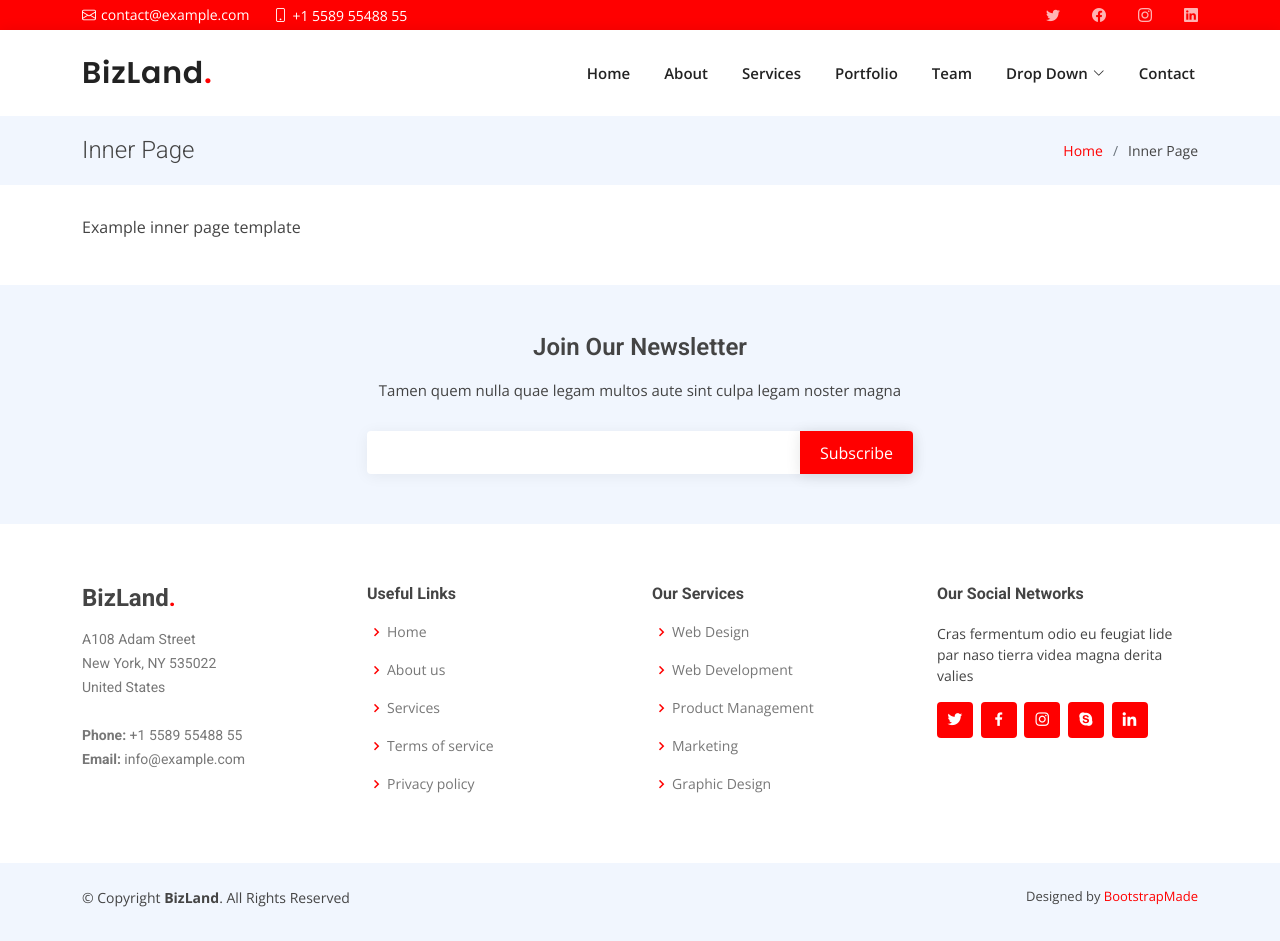
Repository: 01nethy/WebMotors
Page: inner-page.html
An editor plug-in stored every save of this project. The page is shown before and after the next save, followed by the edit.
The browser window is 1280 px wide. The pictures show the whole page.

Above is the page before, as saved 2023-10-07 20:15:27.

### inner-page.html
<!DOCTYPE html>
<html lang="en">

<head>
  <meta charset="utf-8">
  <meta content="width=device-width, initial-scale=1.0" name="viewport">

  <title>Inner Page - BizLand Bootstrap Template</title>
  <meta content="" name="description">
  <meta content="" name="keywords">

  <!-- Favicons -->
  <link href="assets/img/favicon.png" rel="icon">
  <link href="assets/img/apple-touch-icon.png" rel="apple-touch-icon">

  <!-- Google Fonts -->
  <link href="https://fonts.googleapis.com/css?family=Open+Sans:300,300i,400,400i,600,600i,700,700i|Roboto:300,300i,400,400i,500,500i,600,600i,700,700i|Poppins:300,300i,400,400i,500,500i,600,600i,700,700i" rel="stylesheet">

  <!-- Vendor CSS Files -->
  <link href="assets/vendor/aos/aos.css" rel="stylesheet">
  <link href="assets/vendor/bootstrap/css/bootstrap.min.css" rel="stylesheet">
  <link href="assets/vendor/bootstrap-icons/bootstrap-icons.css" rel="stylesheet">
  <link href="assets/vendor/boxicons/css/boxicons.min.css" rel="stylesheet">
  <link href="assets/vendor/glightbox/css/glightbox.min.css" rel="stylesheet">
  <link href="assets/vendor/swiper/swiper-bundle.min.css" rel="stylesheet">

  <!-- Template Main CSS File -->
  <link href="assets/css/style.css" rel="stylesheet">

  <!-- =======================================================
  * Template Name: BizLand
  * Updated: Jul 27 2023 with Bootstrap v5.3.1
  * Template URL: https://bootstrapmade.com/bizland-bootstrap-business-template/
  * Author: BootstrapMade.com
  * License: https://bootstrapmade.com/license/
  ======================================================== -->
</head>

<body>

  <!-- ======= Top Bar ======= -->
  <section id="topbar" class="d-flex align-items-center">
    <div class="container d-flex justify-content-center justify-content-md-between">
      <div class="contact-info d-flex align-items-center">
        <i class="bi bi-envelope d-flex align-items-center"><a href="mailto:contact@example.com">contact@example.com</a></i>
        <i class="bi bi-phone d-flex align-items-center ms-4"><span>+1 5589 55488 55</span></i>
      </div>
      <div class="social-links d-none d-md-flex align-items-center">
        <a href="#" class="twitter"><i class="bi bi-twitter"></i></a>
        <a href="#" class="facebook"><i class="bi bi-facebook"></i></a>
        <a href="#" class="instagram"><i class="bi bi-instagram"></i></a>
        <a href="#" class="linkedin"><i class="bi bi-linkedin"></i></i></a>
      </div>
    </div>
  </section>

  <!-- ======= Header ======= -->
  <header id="header" class="d-flex align-items-center">
    <div class="container d-flex align-items-center justify-content-between">

      <h1 class="logo"><a href="index.html">BizLand<span>.</span></a></h1>
      <!-- Uncomment below if you prefer to use an image logo -->
      <!-- <a href="index.html" class="logo"><img src="assets/img/logo.png" alt=""></a>-->

      <nav id="navbar" class="navbar">
        <ul>
          <li><a class="nav-link scrollto " href="#hero">Home</a></li>
          <li><a class="nav-link scrollto" href="#about">About</a></li>
          <li><a class="nav-link scrollto" href="#services">Services</a></li>
          <li><a class="nav-link scrollto " href="#portfolio">Portfolio</a></li>
          <li><a class="nav-link scrollto" href="#team">Team</a></li>
          <li class="dropdown"><a href="#"><span>Drop Down</span> <i class="bi bi-chevron-down"></i></a>
            <ul>
              <li><a href="#">Drop Down 1</a></li>
              <li class="dropdown"><a href="#"><span>Deep Drop Down</span> <i class="bi bi-chevron-right"></i></a>
                <ul>
                  <li><a href="#">Deep Drop Down 1</a></li>
                  <li><a href="#">Deep Drop Down 2</a></li>
                  <li><a href="#">Deep Drop Down 3</a></li>
                  <li><a href="#">Deep Drop Down 4</a></li>
                  <li><a href="#">Deep Drop Down 5</a></li>
                </ul>
              </li>
              <li><a href="#">Drop Down 2</a></li>
              <li><a href="#">Drop Down 3</a></li>
              <li><a href="#">Drop Down 4</a></li>
            </ul>
          </li>
          <li><a class="nav-link scrollto" href="#contact">Contact</a></li>
        </ul>
        <i class="bi bi-list mobile-nav-toggle"></i>
      </nav><!-- .navbar -->

    </div>
  </header><!-- End Header -->

  <main id="main" data-aos="fade-up">

    <!-- ======= Breadcrumbs ======= -->
    <section class="breadcrumbs">
      <div class="container">

        <div class="d-flex justify-content-between align-items-center">
          <h2>Inner Page</h2>
          <ol>
            <li><a href="index.html">Home</a></li>
            <li>Inner Page</li>
          </ol>
        </div>

      </div>
    </section><!-- End Breadcrumbs -->

    <section class="inner-page">
      <div class="container">
        <p>
          Example inner page template
        </p>
      </div>
    </section>

  </main><!-- End #main -->

  <!-- ======= Footer ======= -->
  <footer id="footer">

    <div class="footer-newsletter">
      <div class="container">
        <div class="row justify-content-center">
          <div class="col-lg-6">
            <h4>Join Our Newsletter</h4>
            <p>Tamen quem nulla quae legam multos aute sint culpa legam noster magna</p>
            <form action="" method="post">
              <input type="email" name="email"><input type="submit" value="Subscribe">
            </form>
          </div>
        </div>
      </div>
    </div>

    <div class="footer-top">
      <div class="container">
        <div class="row">

          <div class="col-lg-3 col-md-6 footer-contact">
            <h3>BizLand<span>.</span></h3>
            <p>
              A108 Adam Street <br>
              New York, NY 535022<br>
              United States <br><br>
              <strong>Phone:</strong> +1 5589 55488 55<br>
              <strong>Email:</strong> info@example.com<br>
            </p>
          </div>

          <div class="col-lg-3 col-md-6 footer-links">
            <h4>Useful Links</h4>
            <ul>
              <li><i class="bx bx-chevron-right"></i> <a href="#">Home</a></li>
              <li><i class="bx bx-chevron-right"></i> <a href="#">About us</a></li>
              <li><i class="bx bx-chevron-right"></i> <a href="#">Services</a></li>
              <li><i class="bx bx-chevron-right"></i> <a href="#">Terms of service</a></li>
              <li><i class="bx bx-chevron-right"></i> <a href="#">Privacy policy</a></li>
            </ul>
          </div>

          <div class="col-lg-3 col-md-6 footer-links">
            <h4>Our Services</h4>
            <ul>
              <li><i class="bx bx-chevron-right"></i> <a href="#">Web Design</a></li>
              <li><i class="bx bx-chevron-right"></i> <a href="#">Web Development</a></li>
              <li><i class="bx bx-chevron-right"></i> <a href="#">Product Management</a></li>
              <li><i class="bx bx-chevron-right"></i> <a href="#">Marketing</a></li>
              <li><i class="bx bx-chevron-right"></i> <a href="#">Graphic Design</a></li>
            </ul>
          </div>

          <div class="col-lg-3 col-md-6 footer-links">
            <h4>Our Social Networks</h4>
            <p>Cras fermentum odio eu feugiat lide par naso tierra videa magna derita valies</p>
            <div class="social-links mt-3">
              <a href="#" class="twitter"><i class="bx bxl-twitter"></i></a>
              <a href="#" class="facebook"><i class="bx bxl-facebook"></i></a>
              <a href="#" class="instagram"><i class="bx bxl-instagram"></i></a>
              <a href="#" class="google-plus"><i class="bx bxl-skype"></i></a>
              <a href="#" class="linkedin"><i class="bx bxl-linkedin"></i></a>
            </div>
          </div>

        </div>
      </div>
    </div>

    <div class="container py-4">
      <div class="copyright">
        &copy; Copyright <strong><span>BizLand</span></strong>. All Rights Reserved
      </div>
      <div class="credits">
        <!-- All the links in the footer should remain intact. -->
        <!-- You can delete the links only if you purchased the pro version. -->
        <!-- Licensing information: https://bootstrapmade.com/license/ -->
        <!-- Purchase the pro version with working PHP/AJAX contact form: https://bootstrapmade.com/bizland-bootstrap-business-template/ -->
        Designed by <a href="https://bootstrapmade.com/">BootstrapMade</a>
      </div>
    </div>
  </footer><!-- End Footer -->

  <div id="preloader"></div>
  <a href="#" class="back-to-top d-flex align-items-center justify-content-center"><i class="bi bi-arrow-up-short"></i></a>

  <!-- Vendor JS Files -->
  <script src="assets/vendor/purecounter/purecounter_vanilla.js"></script>
  <script src="assets/vendor/aos/aos.js"></script>
  <script src="assets/vendor/bootstrap/js/bootstrap.bundle.min.js"></script>
  <script src="assets/vendor/glightbox/js/glightbox.min.js"></script>
  <script src="assets/vendor/isotope-layout/isotope.pkgd.min.js"></script>
  <script src="assets/vendor/swiper/swiper-bundle.min.js"></script>
  <script src="assets/vendor/waypoints/noframework.waypoints.js"></script>
  <script src="assets/vendor/php-email-form/validate.js"></script>

  <!-- Template Main JS File -->
  <script src="assets/js/main.js"></script>

</body>

</html>

Loaded but not shown: assets/vendor/aos/aos.css (library); assets/vendor/bootstrap/css/bootstrap.min.css (library); assets/vendor/bootstrap-icons/bootstrap-icons.css (library); assets/vendor/boxicons/css/boxicons.min.css (library); assets/vendor/glightbox/css/glightbox.min.css (library); assets/vendor/swiper/swiper-bundle.min.css (library); assets/vendor/purecounter/purecounter_vanilla.js (library); assets/vendor/aos/aos.js (library); assets/vendor/bootstrap/js/bootstrap.bundle.min.js (library); assets/vendor/glightbox/js/glightbox.min.js (library); assets/vendor/isotope-layout/isotope.pkgd.min.js (library); assets/vendor/swiper/swiper-bundle.min.js (library); assets/vendor/waypoints/noframework.waypoints.js (library); assets/vendor/php-email-form/validate.js (common file); assets/js/main.js (289 lines, source omitted); assets/css/style.css (1946 lines, source omitted)

After the next save:
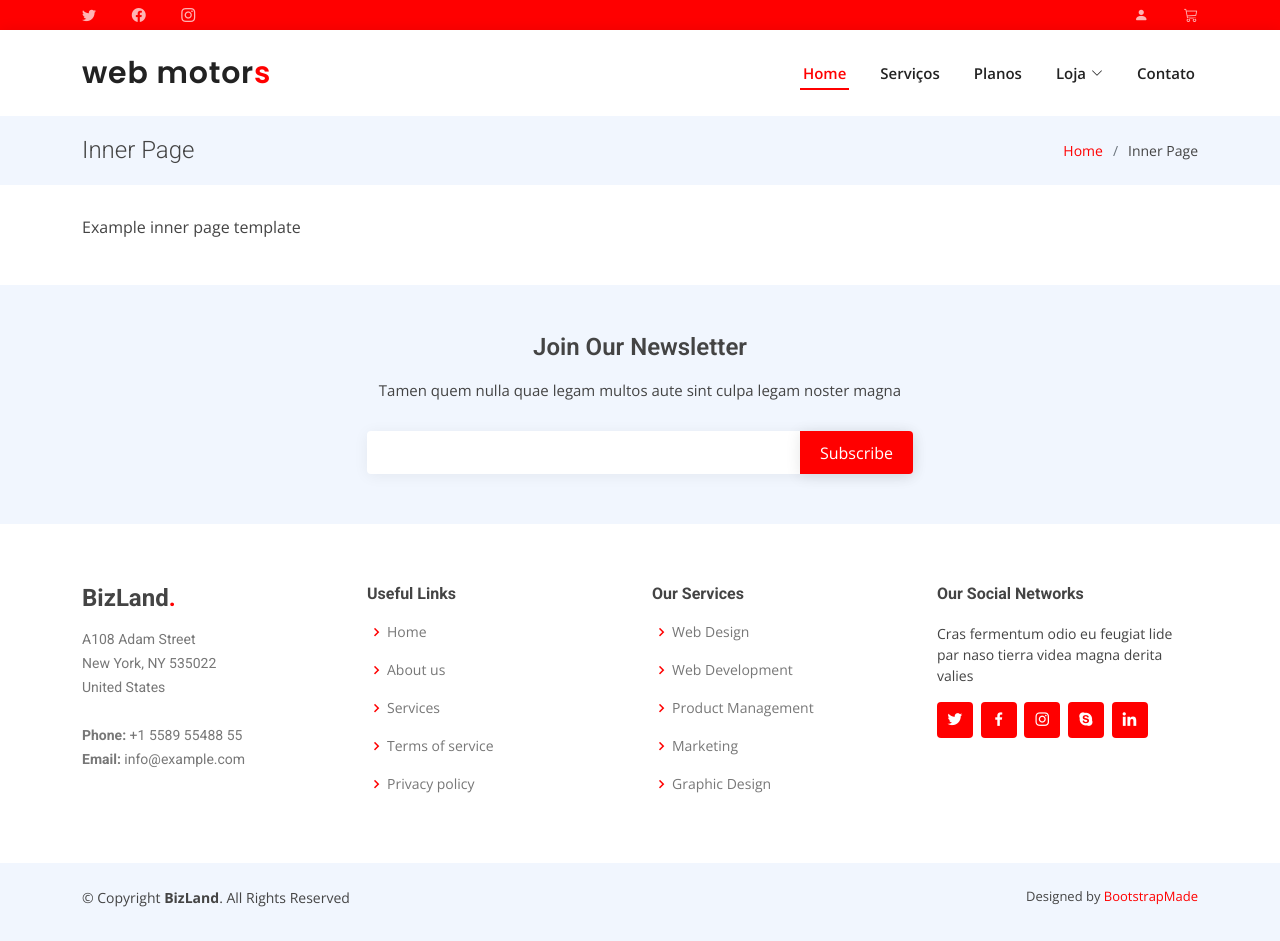
Saved 2 min 41 s later.
--- a/inner-page.html
+++ b/inner-page.html
@@ -35,44 +35,38 @@
   * License: https://bootstrapmade.com/license/
   ======================================================== -->
 </head>
-
 <body>
-
   <!-- ======= Top Bar ======= -->
   <section id="topbar" class="d-flex align-items-center">
-    <div class="container d-flex justify-content-center justify-content-md-between">
-      <div class="contact-info d-flex align-items-center">
-        <i class="bi bi-envelope d-flex align-items-center"><a href="mailto:contact@example.com">contact@example.com</a></i>
-        <i class="bi bi-phone d-flex align-items-center ms-4"><span>+1 5589 55488 55</span></i>
-      </div>
-      <div class="social-links d-none d-md-flex align-items-center">
-        <a href="#" class="twitter"><i class="bi bi-twitter"></i></a>
+    <div id="topajust" class="container d-flex">
+      <div class="social-links col-6 ">
+        <a href="#" class="twitter m-0"><i class="bi bi-twitter"></i></a>
         <a href="#" class="facebook"><i class="bi bi-facebook"></i></a>
         <a href="#" class="instagram"><i class="bi bi-instagram"></i></a>
-        <a href="#" class="linkedin"><i class="bi bi-linkedin"></i></i></a>
+      <!-- <a href="#" class="linkedin"><i class="bi bi-linkedin"></i></i></a> -->
+      </div>
+      <div class="social-links col-6 text-end">
+        <a href=""><i class="bi bi-person-fill"></i></a>
+        <a href=""> <i class="bi bi-cart3"></i></a>
       </div>
     </div>
   </section>
 
-  <!-- ======= Header ======= -->
-  <header id="header" class="d-flex align-items-center">
-    <div class="container d-flex align-items-center justify-content-between">
-
-      <h1 class="logo"><a href="index.html">BizLand<span>.</span></a></h1>
-      <!-- Uncomment below if you prefer to use an image logo -->
-      <!-- <a href="index.html" class="logo"><img src="assets/img/logo.png" alt=""></a>-->
-
-      <nav id="navbar" class="navbar">
+  <!-- ======= Header nav ======= -->
+  <header id="header" class="d-flex">
+    <div class="container d-flex align-items-center justify-content-between"">
+      <h1 class="logo"><a href="index.html">web motor<span>s</span></a></h1>
+      <nav id="navbar" class="nav navbar justify-content-end">
         <ul>
-          <li><a class="nav-link scrollto " href="#hero">Home</a></li>
-          <li><a class="nav-link scrollto" href="#about">About</a></li>
-          <li><a class="nav-link scrollto" href="#services">Services</a></li>
-          <li><a class="nav-link scrollto " href="#portfolio">Portfolio</a></li>
-          <li><a class="nav-link scrollto" href="#team">Team</a></li>
-          <li class="dropdown"><a href="#"><span>Drop Down</span> <i class="bi bi-chevron-down"></i></a>
+          <li><a class="nav-link scrollto active" href="#hero">Home</a></li>
+         <!-- <li><a class="nav-link scrollto" href="#about">Mecanica</a></li>-->
+          <li><a class="nav-link scrollto" href="#services">Serviços</a></li>
+         <!-- <li><a class="nav-link scrollto " href="#portfolio">Aditivo</a></li>-->
+        <li><a class="nav-link scrollto" href="#pricing">Planos</a></li>
+          <li class="dropdown"><a href="inner-page.html"><span>Loja</span> <i class="bi bi-chevron-down"></i></a>
             <ul>
-              <li><a href="#">Drop Down 1</a></li>
-              <li class="dropdown"><a href="#"><span>Deep Drop Down</span> <i class="bi bi-chevron-right"></i></a>
+              <li><a href="#">Aditivos</a></li>
+             <!-- <li class="dropdown"><a href="#"><span>Deep Drop Down</span> <i class="bi bi-chevron-right"></i></a>
                 <ul>
                   <li><a href="#">Deep Drop Down 1</a></li>
                   <li><a href="#">Deep Drop Down 2</a></li>
@@ -80,19 +74,19 @@
                   <li><a href="#">Deep Drop Down 4</a></li>
                   <li><a href="#">Deep Drop Down 5</a></li>
                 </ul>
-              </li>
-              <li><a href="#">Drop Down 2</a></li>
-              <li><a href="#">Drop Down 3</a></li>
-              <li><a href="#">Drop Down 4</a></li>
+              </li> -->
+              <li><a href="#">Borracha</a></li>
+              <li><a href="#">Pneus</a></li>
             </ul>
           </li>
-          <li><a class="nav-link scrollto" href="#contact">Contact</a></li>
+          <li><a class="nav-link scrollto" href="#contact">Contato</a></li>
         </ul>
         <i class="bi bi-list mobile-nav-toggle"></i>
       </nav><!-- .navbar -->
 
     </div>
-  </header><!-- End Header -->
+  </header>
+
 
   <main id="main" data-aos="fade-up">
 
